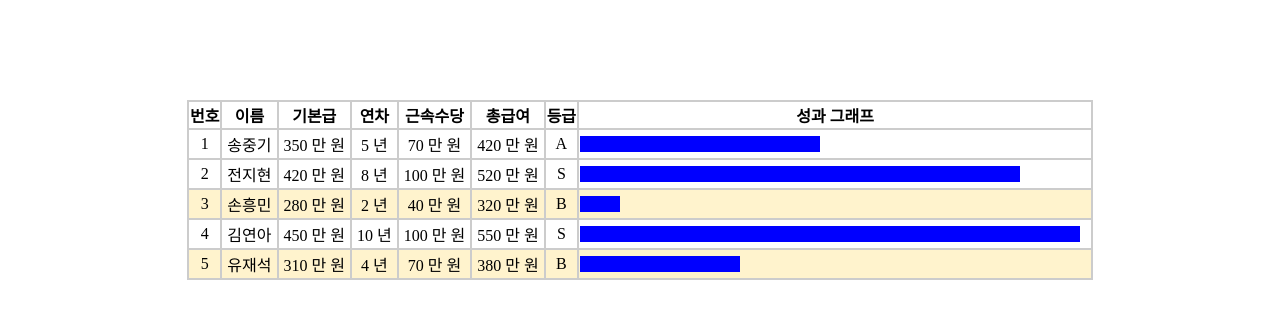
Repository: kkw3202/Jsp2026
Page: http://localhost/chapter01/exsample_salary.jsp
The author's editor kept a copy of each file at every save. The page is drawn from the files as they stood at one save, then again after the next save.
The browser window is 1280 px wide. The pictures show the whole page.
The page is served by Tomcat 9.

Above is the page before, as saved 2026-10-16 07:46:47.

After the next save:
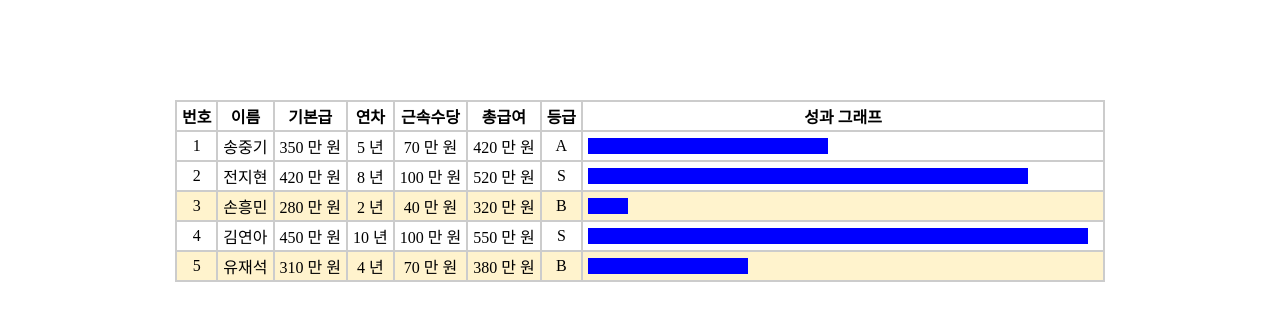
Saved 31 s later.
--- a/chapter01/src/main/webapp/exsample_salary.jsp
+++ b/chapter01/src/main/webapp/exsample_salary.jsp
@@ -9,6 +9,8 @@
 	td,
 	th{
 		border: 2px solid #ccc;
+		padding: 2px 5px;
+		text-align: center;
 	}
 </style>
 </head>
@@ -54,7 +56,7 @@
 					int totalPay = getTotalPay(basePays[i], bonus);
 			%>
 			<tr style='background-color: <%= totalPay < 400 ? "#fff3cd" : "" %>' >
-				<td style="padding: 2px 5px; text-align: center;"><%= i+1 %></td>
+				<td style=""><%= i+1 %></td>
 				<td style="padding: 2px 5px; text-align: center;"><%= names[i] %></td>
 				<td style="padding: 2px 5px; text-align: center;"><%= basePays[i]%> 만 원</td>
 				<td style="padding: 2px 5px; text-align: center;"><%= years[i] %> 년</td>
